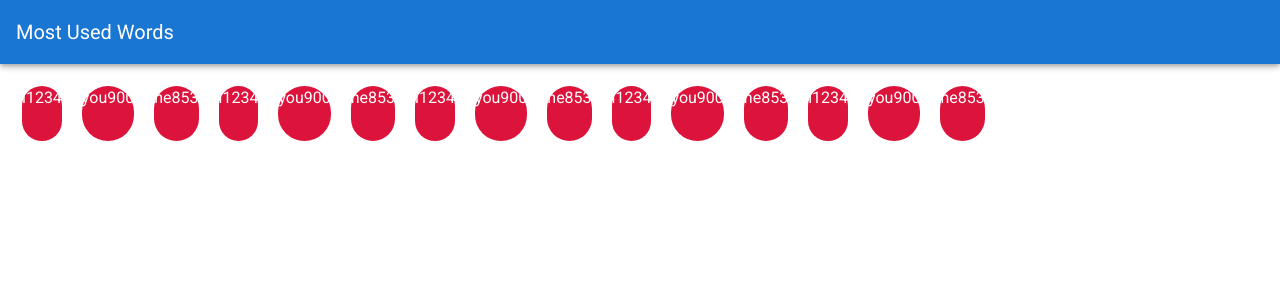
Repository: WillianPer/MOST-USED-WORDS
Page: /
An editor plug-in stored every save of this project. The page is shown before and after the next save, followed by the edit.
The browser window is 1280 px wide. The pictures show the whole page.
The project was rebuilt for these pictures with package versions that can differ from the ones it lists, and the page was loaded fresh each time. Also part of the build but not shown: vue.config.js.

Above is the page before, as saved 2022-09-05 21:45:20.

After the next save:
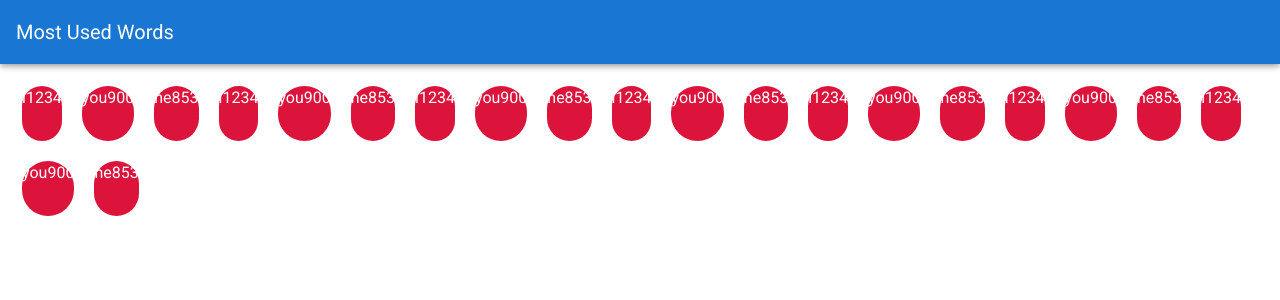
Saved 16 s later.
--- a/src/components/HomeVue.vue
+++ b/src/components/HomeVue.vue
@@ -29,6 +29,12 @@ export default {
                 { name: "i", amount: 1234 },
                 { name: "you", amount: 900 },
                 { name: "he", amount: 853 },
+                { name: "i", amount: 1234 },
+                { name: "you", amount: 900 },
+                { name: "he", amount: 853 },
+                { name: "i", amount: 1234 },
+                { name: "you", amount: 900 },
+                { name: "he", amount: 853 },
             ]
         }
     }
